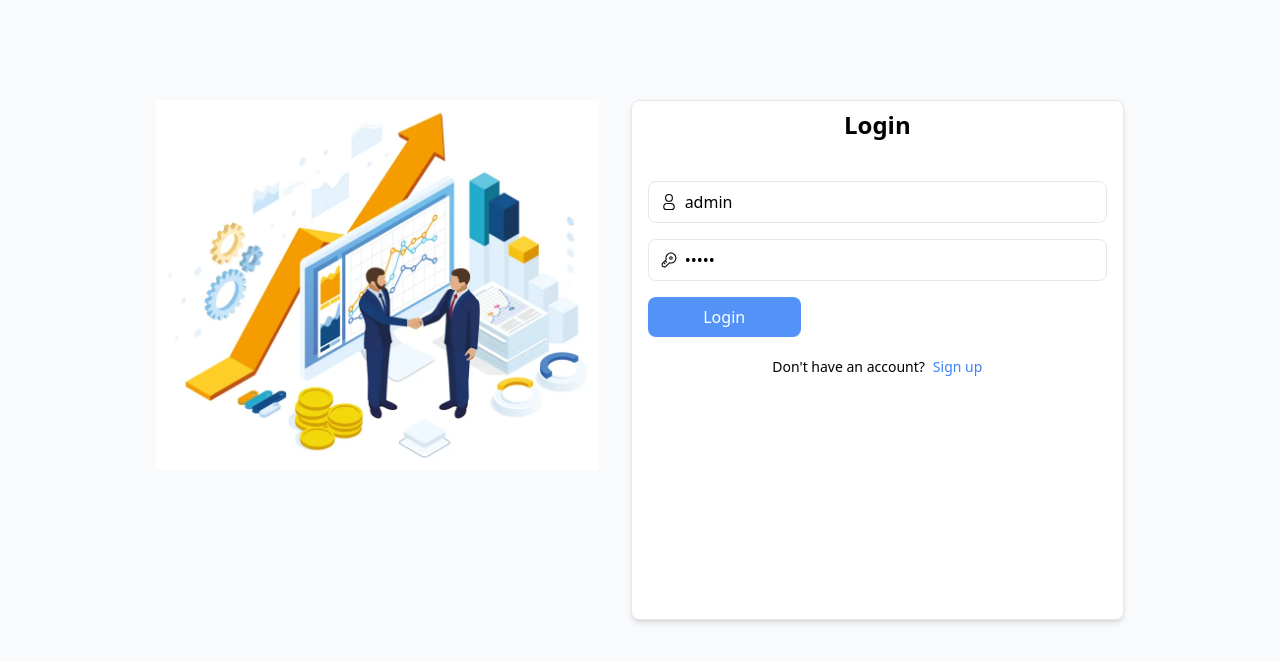
Repository: Fortivera/yourestate
Page: /
An editor plug-in stored every save of this project. The page is shown before and after the next save, followed by the edit.
The browser window is 1280 px wide. The pictures show the whole page.
The project was rebuilt for these pictures with package versions that can differ from the ones it lists, and the page was loaded fresh each time. The framework's server and built-in components were replaced by stand-ins that run in the browser. Also part of the build but not shown: next.config.js.

Above is the page before, as saved 2023-11-04 13:58:02.

After the next save:
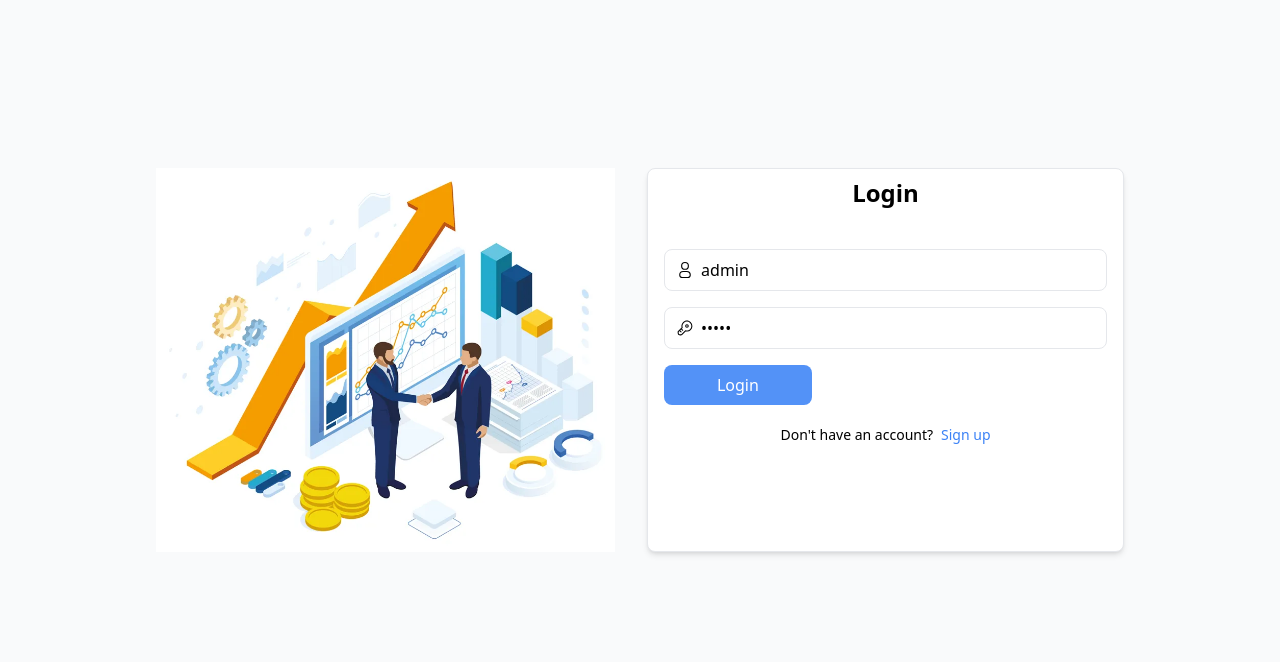
Saved 45 s later.
--- a/src/app/page.tsx
+++ b/src/app/page.tsx
@@ -7,9 +7,9 @@ import growthVisual from "../../public/static/growth.jpg"
 export default function Login() {
   return (
     <div className="min-h-screen bg-gray-50 flex items-center justify-center">
-      <div className="h-[600px] w-[600px] px-4 py-10 tablet:w-[540px] laptop:w-[1000px] laptop:flex laptop:flex-row laptop:space-x-8">
-        <figure className=" ">
-          <Image src={growthVisual} alt="login page picture" layout="responsive" />
+      <div className="w-full px-4 py-10 tablet:w-[540px] laptop:w-[1000px] laptop:flex laptop:flex-row laptop:space-x-8">
+        <figure className="laptop:w-full tablet:w-full">
+          <Image src={growthVisual} alt="login page picture" layout="responsive" className="w-full" />
         </figure>
         <div className="w-full px-4 pb-8 pt-2 bg-white border rounded-lg shadow-md">
           <h1 className="text-2xl font-semibold text-center mb-4">Login</h1>
